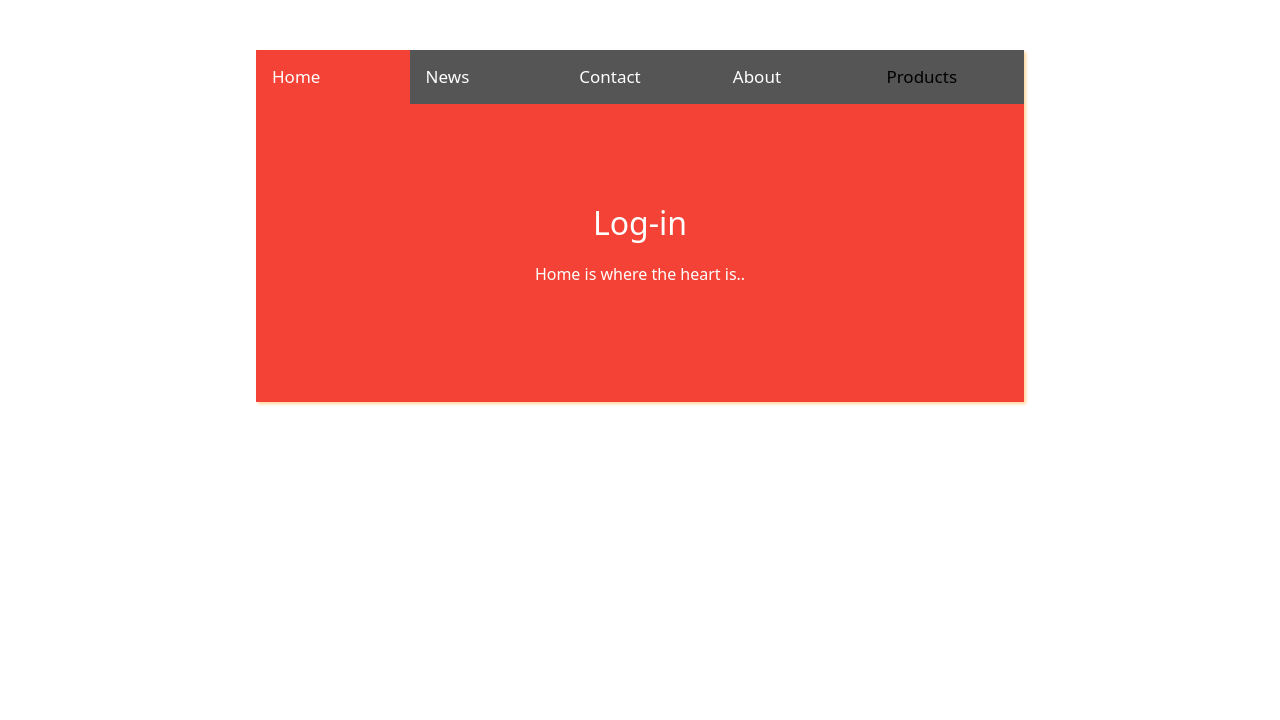
Repository: JasonMorta/basicPlus-rouets
Page: /
The author's editor kept a copy of each file at every save. The page is drawn from the files as they stood at one save, then again after the next save.
The browser window is 1280 px wide. The pictures show the whole page.
Some web fonts or font styles are not loaded; a fallback is used. The project was rebuilt for these pictures with package versions that can differ from the ones it lists, and the page was loaded fresh each time. Also part of the build but not shown: src/pages/news.css, src/pages/News.jsx, src/pages/About.jsx, src/pages/Hooks/UseRefHook.jsx, src/pages/Contact.jsx, src/pages/List.jsx, src/pages/ProductPreview.jsx, src/pages/Products.jsx.

Above is the page before, as saved 2023-04-01 18:06:01.

### src/index.js
import React from 'react';
import ReactDOM from 'react-dom/client';
import './index.css';
import 'bootstrap/dist/css/bootstrap.min.css';
import App from './App';

// import { BrowserRouter } from 'react-router-dom'
import reportWebVitals from './reportWebVitals';

const root = ReactDOM.createRoot(document.getElementById('root'));
root.render(

  <React.StrictMode>
    <App />
  </React.StrictMode>

);

// If you want to start measuring performance in your app, pass a function
// to log results (for example: reportWebVitals(console.log))
// or send to an analytics endpoint. Learn more: https://bit.ly/CRA-vitals
reportWebVitals();

### src/App.jsx

import './App.css';
import { BrowserRouter, Routes, Route } from 'react-router-dom';
import React, { Component, createContext, useState } from 'react'
import Nav from './components/Nav';
import Home from './pages/Home';
import News from './pages/News';
import About from './pages/About';
import Contact from './pages/Contact';
import List from './pages/List';
import Products from './pages/Products';
import ProductPreview from './pages/ProductPreview';

//create context hook
//This hook allow any nested children to share and alter data with the use of props.
export const StateContext = createContext()

export default function App() {

  const [state, setState] = useState("#f44336");

  return (
    <BrowserRouter>
      <StateContext.Provider value={[state, setState]} className="App">
        <div className="routes">
          <Nav />
          <Routes>
            <Route index path="/" element={<Home />} />
            <Route path="/List" element={<List />} />
            <Route path="/Contact" element={<Contact />} />
            <Route path="/About" element={<About />} />
            <Route path="/products" element={<Products />}>
            <Route path=":id" element={<ProductPreview />}/>
            </Route>
            <Route path="/news" element={<News />} />
          </Routes>
        </div>
        <div className="orig-link"></div>
      </StateContext.Provider>
    </BrowserRouter>
  );
}

### src/App.css
@import url('https://fonts.googleapis.com/css2?family=Assistant:wght@400;500&family=Barlow:wght@400;500&family=DM+Mono:wght@300;400;500&family=Handlee&family=IBM+Plex+Mono:wght@400;500&family=Inconsolata:wght@400;500&family=Kanit:wght@200;300;400;500&family=Karla:wght@300;400;500&family=Patrick+Hand&family=Raleway:wght@300;400;500&family=Red+Hat+Mono:wght@300;400;500&family=Roboto+Condensed:wght@300;400;700&family=Roboto+Mono:wght@300;400;500&family=Roboto+Slab:wght@300;400;500&family=Roboto:wght@300;400&family=Source+Code+Pro:wght@300;400;500&family=Space+Mono:wght@400;700&family=Titillium+Web:wght@200;300;400;600&family=Ubuntu+Mono:wght@400;700&family=Varela&family=Varela+Round&display=swap');

/*
Custom Fonts
========
font-family: 'Assistant', sans-serif;
font-family: 'Barlow', sans-serif;
font-family: 'DM Mono', monospace;
font-family: 'Handlee', cursive;
font-family: 'IBM Plex Mono', monospace;
font-family: 'Inconsolata', monospace;
font-family: 'Kanit', sans-serif;
font-family: 'Karla', sans-serif;
font-family: 'Patrick Hand', cursive;
font-family: 'Raleway', sans-serif;
font-family: 'Red Hat Mono', monospace;
font-family: 'Roboto', sans-serif;
font-family: 'Roboto Condensed', sans-serif;
font-family: 'Roboto Mono', monospace;
font-family: 'Roboto Slab', serif;
font-family: 'Source Code Pro', monospace;
font-family: 'Space Mono', monospace;
font-family: 'Titillium Web', sans-serif;
font-family: 'Ubuntu Mono', monospace;
font-family: 'Varela', sans-serif;
font-family: 'Varela Round', sans-serif;

*/

.App {
  text-align: center;
  background-color: #282c34;
  min-height: 100vh;
  display: flex;
  flex-direction: column;
  flex-wrap: nowrap;
  align-items: center;
  font-family: 'Roboto Condensed', sans-serif;

}

.orig-link a {
  text-decoration: none;
  color: #ff9800;
}
.orig-link {
  margin: 1.25rem;
}


.App-header {
  background-color: #282c34;
  min-width: 18.75rem;
  display: flex;

  flex-direction: row;
  justify-content: center;
  font-size: calc(0.625rem + 2vmin);
  color: white;
  align-items: flex-start;
  width: 100%;
}


/* Style tab links */
.tablink {
  background-color: #555;
  color: #ffc107;
  float: left;
  border: none;
  outline: none;
  cursor: pointer;
  padding: 0.875rem 1rem;
  font-size: 1.0625rem;
  width: 25%;
  text-decoration: none;
}

.tablink:hover {
  background-color: #777;
}

/* Style the tab content (and add height:100% for full page content) */
.tabcontent {
  color: white;
  padding: 6.25rem 0rem;
  width: 100%;
  height: 100%;
  min-width: 18.75rem;

}

.inner-content {
  padding: 0rem 3.125rem;
  display: flex;
  flex-direction: column;
  align-items: center;
  gap: 20px;
}

.inner-content h3{
  font-size: xx-large;
  margin: 0;
}

.routes{
  display: flex;
  flex-direction: column;
  align-items: center;
  width: 60vw;
  margin: auto;
  background-color: azure;
  margin-top: 3.125rem;
  box-shadow: 0.125rem 0.125rem 0.1875rem 0rem #ff980066;
}

### src/components/Nav.jsx
import React from "react";
import { Link, useLocation } from "react-router-dom";

export default function Nav() {
  const location = useLocation();
  console.log('NAV location', location)


   //set the default state color to red which is equal to home page color.
  const [state, setState] = React.useState({
    home: "#f44336",
    news: "#4caf50",
    contact: "#2196f3",
    about: "#ff5722",
    active: "",
    location : window.location.pathname
  });
  const [color, setColor] = React.useState("white")


   function handleNavToNews(params) {

    setState(prev => ({...prev, active:"#4caf50", location: "/News" }))
    location.pathname = "/News"
    console.log('currentPath = Path"', location.pathname)



  }

 // Set the tab color to even when a nested link pathname is entered
  return (
    <header className="App-header">
      {/* Home will be the default/home page */}
      <Link
        to="/"
        className="tablink"
        onClick={() => setState(prev => ({...prev, active:"#f44336", location: "/" }))}
        style={{
          backgroundColor: state.location === "/" ? "#f44336" : "",
          color: state.home === "#f44336" ? color: "#ffc107"}}>
        Home
      </Link>

      <Link
        to="/News"
        className="tablink"
        onClick={handleNavToNews}
        style={{
          backgroundColor: state.location === "/News" ? "#4caf50" : "",
          color: state.news === "#4caf50" ? color: "#ffc107" }}>
        News
      </Link>

      <Link
        to="/Contact"
        className="tablink"
        onClick={() => setState(prev => ({...prev, active:"#2196f3", location: "/Contact" }))}
        style={{
          backgroundColor: state.location === "/Contact" ? "#2196f3" : "",
          color: state.contact === "#2196f3" ? color: "#ffc107" }}>
        Contact
      </Link>

      <Link
        to="/About"
        className="tablink"
        onClick={() => setState(prev => ({...prev, active:"#ff5722", location: "/About" }))}
        style={{
          backgroundColor: state.location === "/About" ? "#ff5722": "",
          color: state.about === "#ff5722" ? color: "#ffc107" }}>
        About
      </Link>

      <Link
        to="/products"
        className="tablink"
        onClick={() => setState(prev => ({...prev, active:"#FFE082", location: "/products" }))}
        style={{
          backgroundColor: state.location === "/products" ? "#FFE082": "",
          color: state.about === "#FFE082" ? color: "black" }}>
        Products
      </Link>
    </header>
  );
}

### src/pages/Home.jsx
import React from "react";
import {products} from "../AllProducts"

export default function Home() {



  return (
    <div style={{ backgroundColor: "#f44336" }}  className="tabcontent">
      <div className="inner-content">
         <h3>Log-in</h3>
         <p>Home is where the heart is..</p>
      </div>
    </div>
  );
}

### src/AllProducts.js
export const products = [
    {
        "id": 1,
        "title": "iPhone 9",
        "description": "An apple mobile which is nothing like apple",
        "price": 549,
        "discountPercentage": 12.96,
        "rating": 4.69,
        "stock": 94,
        "brand": "Apple",
        "category": "smartphones",
        "thumbnail": "https://i.dummyjson.com/data/products/1/thumbnail.jpg",
        "images": [
            "https://i.dummyjson.com/data/products/1/1.jpg",
            "https://i.dummyjson.com/data/products/1/2.jpg",
            "https://i.dummyjson.com/data/products/1/3.jpg",
            "https://i.dummyjson.com/data/products/1/4.jpg",
            "https://i.dummyjson.com/data/products/1/thumbnail.jpg"
        ]
    },
    {
        "id": 2,
        "title": "iPhone X",
        "description": "SIM-Free, Model A19211 6.5-inch Super Retina HD display with OLED technology A12 Bionic chip with ...",
        "price": 899,
        "discountPercentage": 17.94,
        "rating": 4.44,
        "stock": 34,
        "brand": "Apple",
        "category": "smartphones",
        "thumbnail": "https://i.dummyjson.com/data/products/2/thumbnail.jpg",
        "images": [
            "https://i.dummyjson.com/data/products/2/1.jpg",
            "https://i.dummyjson.com/data/products/2/2.jpg",
            "https://i.dummyjson.com/data/products/2/3.jpg",
            "https://i.dummyjson.com/data/products/2/thumbnail.jpg"
        ]
    },
    {
        "id": 3,
        "title": "Samsung Universe 9",
        "description": "Samsung's new variant which goes beyond Galaxy to the Universe",
        "price": 1249,
        "discountPercentage": 15.46,
        "rating": 4.09,
        "stock": 36,
        "brand": "Samsung",
        "category": "smartphones",
        "thumbnail": "https://i.dummyjson.com/data/products/3/thumbnail.jpg",
        "images": [
            "https://i.dummyjson.com/data/products/3/1.jpg"
        ]
    },
    {
        "id": 4,
        "title": "OPPOF19",
        "description": "OPPO F19 is officially announced on April 2021.",
        "price": 280,
        "discountPercentage": 17.91,
        "rating": 4.3,
        "stock": 123,
        "brand": "OPPO",
        "category": "smartphones",
        "thumbnail": "https://i.dummyjson.com/data/products/4/thumbnail.jpg",
        "images": [
            "https://i.dummyjson.com/data/products/4/1.jpg",
            "https://i.dummyjson.com/data/products/4/2.jpg",
            "https://i.dummyjson.com/data/products/4/3.jpg",
            "https://i.dummyjson.com/data/products/4/4.jpg",
            "https://i.dummyjson.com/data/products/4/thumbnail.jpg"
        ]
    },
    {
        "id": 5,
        "title": "Huawei P30",
        "description": "Huawei’s re-badged P30 Pro New Edition was officially unveiled yesterday in Germany and now the device has made its way to the UK.",
        "price": 499,
        "discountPercentage": 10.58,
        "rating": 4.09,
        "stock": 32,
        "brand": "Huawei",
        "category": "smartphones",
        "thumbnail": "https://i.dummyjson.com/data/products/5/thumbnail.jpg",
        "images": [
            "https://i.dummyjson.com/data/products/5/1.jpg",
            "https://i.dummyjson.com/data/products/5/2.jpg",
            "https://i.dummyjson.com/data/products/5/3.jpg"
        ]
    }
  ]

Loaded but not shown: public/index.html (common file); src/index.css (common file); src/reportWebVitals.js (common file)

After the next save:
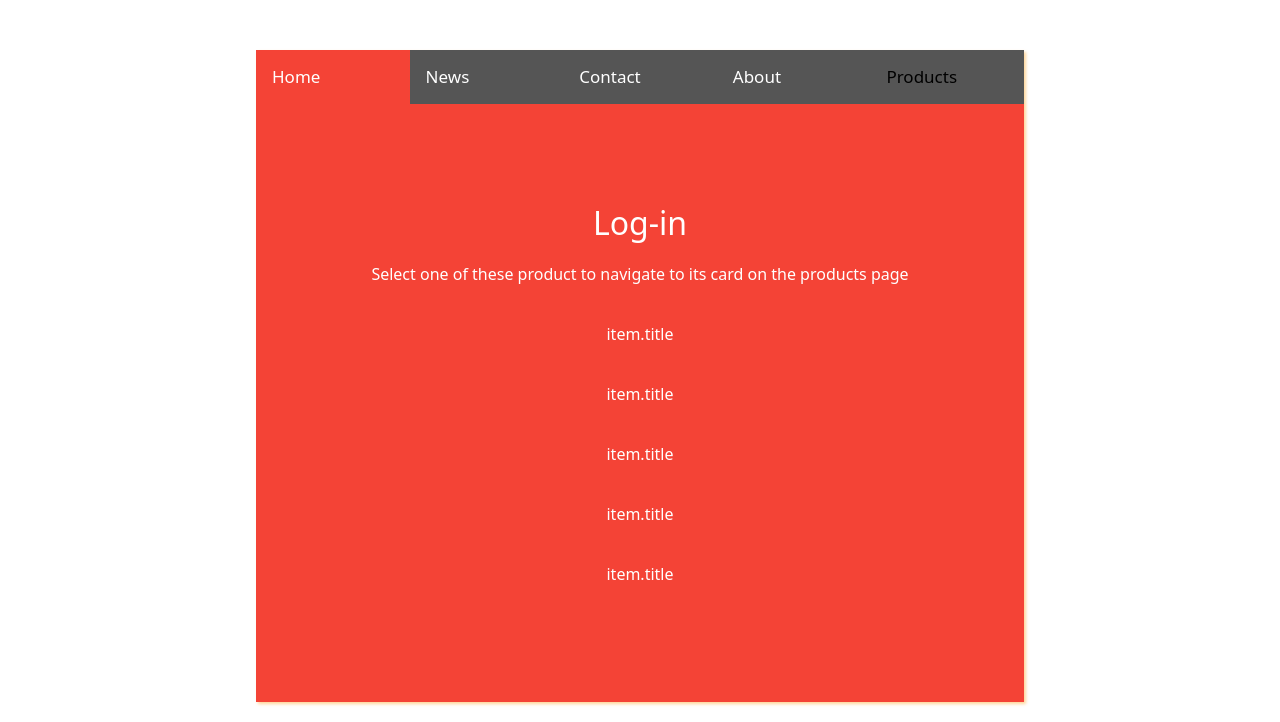
Saved 61 s later.
--- a/src/pages/Home.jsx
+++ b/src/pages/Home.jsx
@@ -9,7 +9,10 @@
     <div style={{ backgroundColor: "#f44336" }}  className="tabcontent">
       <div className="inner-content">
          <h3>Log-in</h3>
-         <p>Home is where the heart is..</p>
+         <p>Select one of these product to navigate to its card on the products page</p>
+         {products.map((item, i)=>(
+          <p>item.title</p>
+         ))}
       </div>
     </div>
   );
